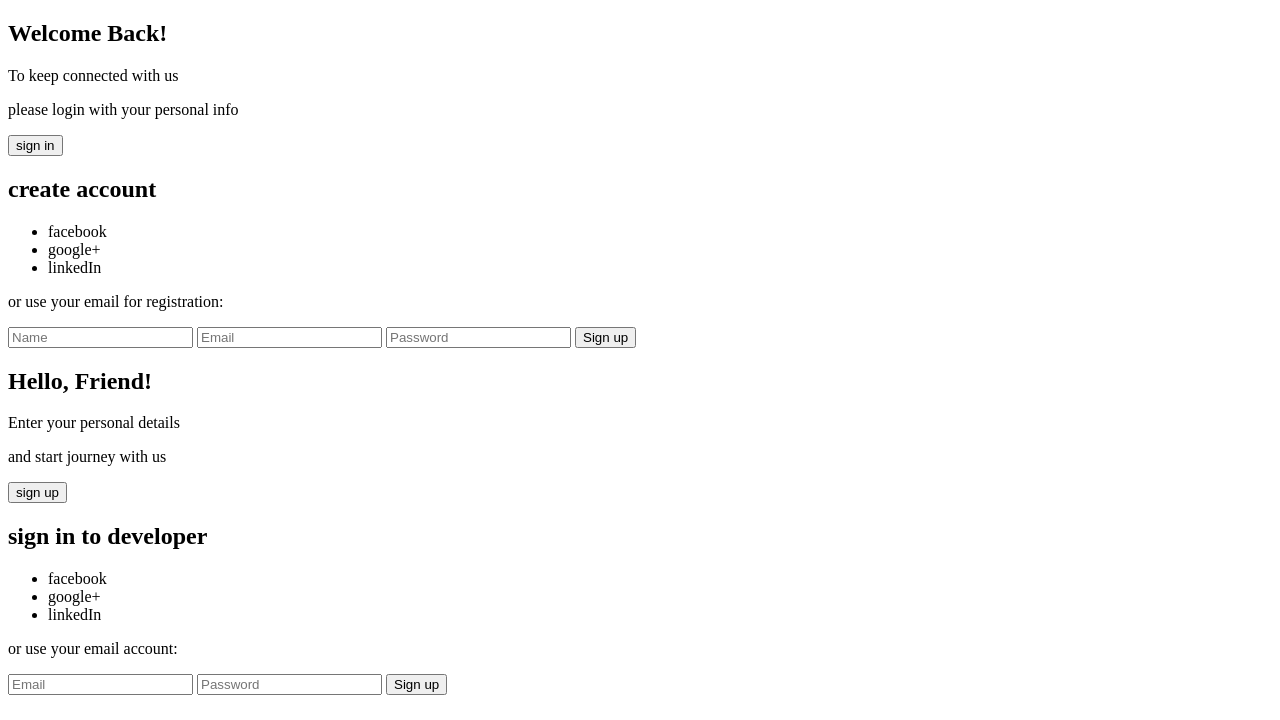
Repository: Gcodeco/ii9Telecom
Page: dist/public/login.html
An editor plug-in stored every save of this project. The page is shown before and after the next save, followed by the edit.
The browser window is 1280 px wide. The pictures show the whole page.

Above is the page before, as saved 2024-10-29 19:00:29.

After the next save:
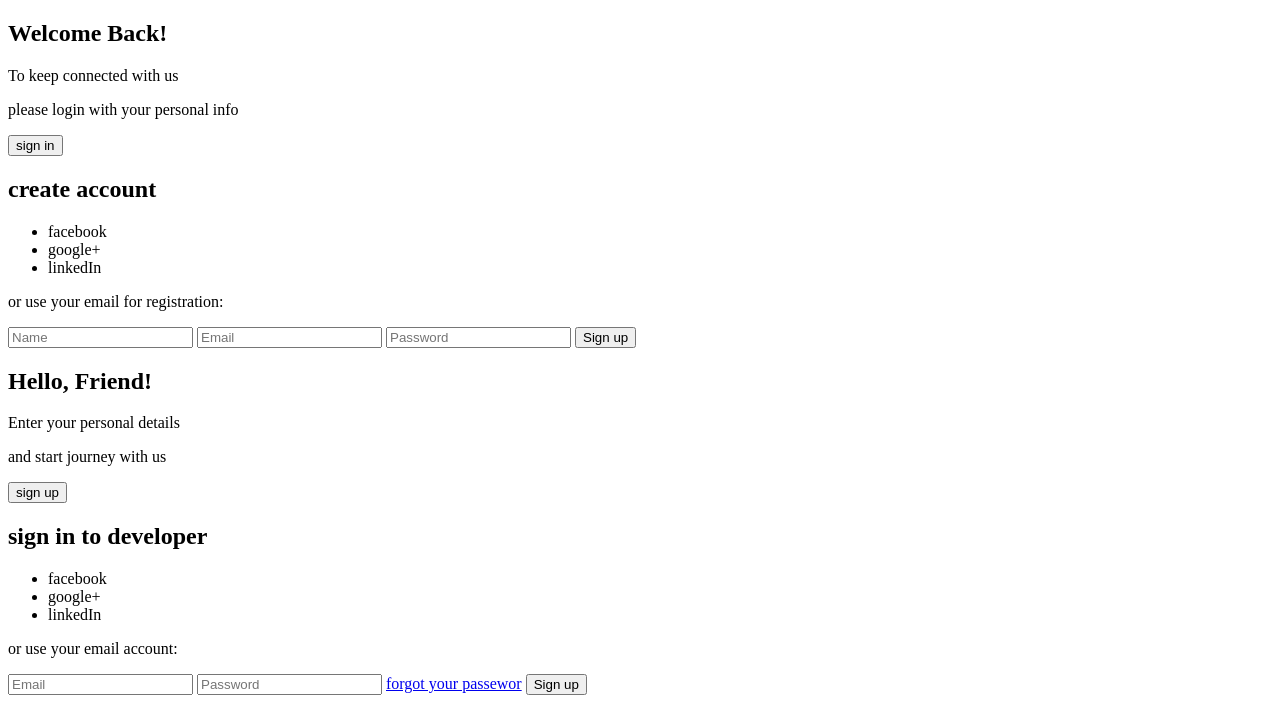
Saved 2 h 9 min later.
--- a/dist/public/login.html
+++ b/dist/public/login.html
@@ -53,6 +53,7 @@
                     <form class="form">
                         <input type="text" placeholder="Email">
                         <input type="text" placeholder="Password">
+                        <a href="#">forgot your passewor</a>
                         <button class="btn">Sign up</button>
                     </form>
                 </div>
